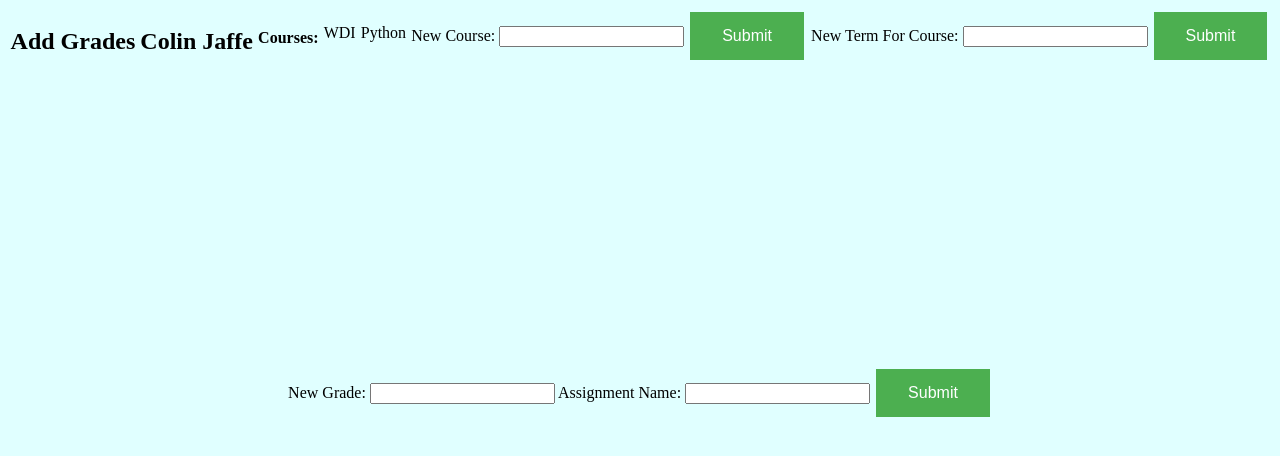
Repository: EdmontDantes/graderaide-ui
Page: add.html
The author's editor kept a copy of each file at every save. The page is drawn from the files as they stood at one save, then again after a run of saves.
The browser window is 1280 px wide. The pictures show the whole page.

Above is the page before, as saved 2020-04-21 15:45:42.

### add.html
<html lang="en">
  <head>
    <title>Graderaide</title>
    <meta charset="UTF-8">
    <meta name="viewport" content="width=device-width, initial-scale=1">
    <link rel="stylesheet" type="text/css" href="style-add.css">
  </head>

  <body>
    <section class="app">
      <h1>Add Grades</h1>
      <h2>Colin Jaffe</h1>
      <h4>Courses:</h3>
      <p>WDI</p>
      <p>Python</p>
      <section>
        <label for="new-course">New Course:</label>
        <input type="text" name="new-course" class="new-course">
        <button type="submit" class="submit-new-course">Submit</button>
      </section>
      <section>
        <label for="new-term">New Term For Course:</label>
        <input type="text" name="new-term" class="new-term">
        <button type="submit" class="submit-new-term">Submit</button>
      </section>
      <section>
        <label for="new-grade">New Grade:</label>
        <input type="text" name="new-grade" class="new-grade">
        <label for="new-grade-assignment">Assignment Name:</label>
        <input type="text" name="new-grade-assignment" class="new-grade-assignment">
        <button type="submit" class="submit-new-grade-assignment">Submit</button>
      </section>
    </section>
  </body>
</html>

### style-add.css
@media (min-width: 601px) and (max-width: 1100px);
body {
    background-color: lightcyan;
    display: flex;
    flex-wrap: wrap;
    justify-content: center;
}

.app {
    display: flex;
    flex-direction: row;
    flex-wrap: wrap;
    justify-content: space-around;
}

#text-h1-creation-section {
    display: flex;
    flex-wrap: wrap;
    justify-content: center;
    font-size: 2em;
}

#new-student-input-options {
    display: flex;
    flex-wrap: wrap;
    flex-direction: row;
    justify-content: space-evenly;
}

.new-student-submit {
    display: flex;
    flex-wrap: wrap;
    justify-content: center;
}

.new-student-input {
    display: grid;

    background-color: lightgreen;
    border: 3px solid black;

}
button {
    background-color: #4CAF50; /* Green */
    border: none;
    color: white;
    padding: 15px 32px;
    text-align: center;
    text-decoration: none;
    display: inline-block;
    font-size: 16px;
    margin: 4px 2px;
    cursor: pointer;
}

.student-display {
    display: flex;
    justify-content: space-around;
    border: 3px dotted #BFC0C0;
    margin: 15px;
}

.student-info {
    display: flex;
    flex-direction: column;
    justify-content: space-evenly;
}

a {
    background-color: white;
    color: black;
    border: 5px solid #4CAF50;
    padding: 10px 20px;
    text-align: center;
    text-decoration: none;
    display: inline-block;
    font-size: 16px;
    margin-left: 20px;
}

After the next 2 saves:
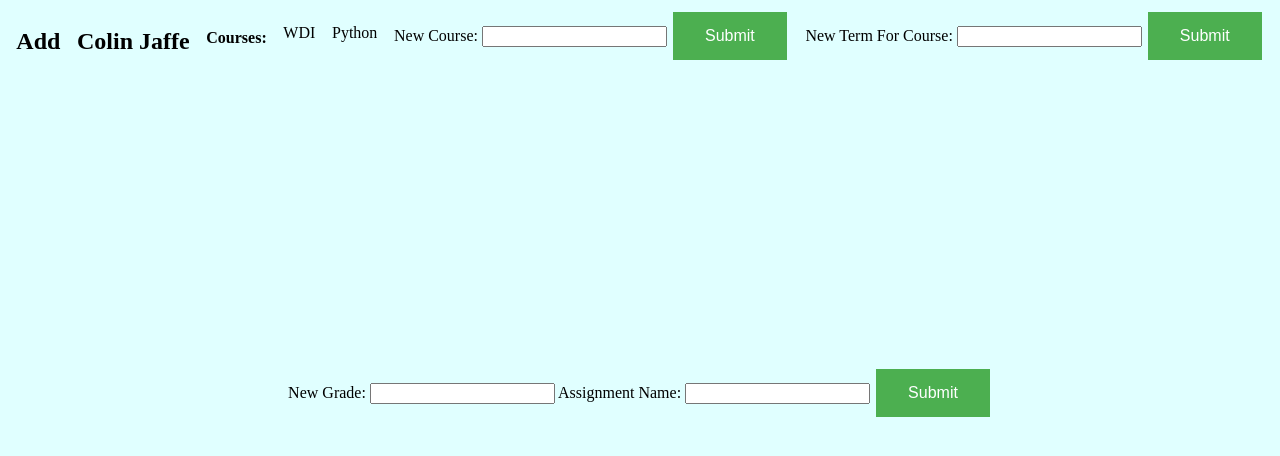
The 2 saves are shown as one change because they came seconds apart.
The last was saved 8 s later.
--- a/add.html
+++ b/add.html
@@ -8,7 +8,7 @@
 
   <body>
     <section class="app">
-      <h1>Add Grades</h1>
+      <h1>Add </h1>
       <h2>Colin Jaffe</h1>
       <h4>Courses:</h3>
       <p>WDI</p>
